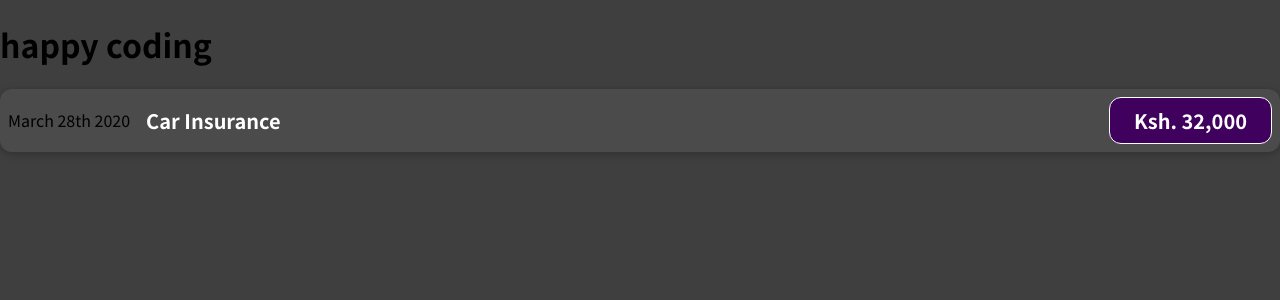
Repository: Samkiroko/expense-tracker-react
Page: /
An editor plug-in stored every save of this project. The page is shown before and after the next save, followed by the edit.
The browser window is 1280 px wide. The pictures show the whole page.
The project was rebuilt for these pictures with package versions that can differ from the ones it lists, and the page was loaded fresh each time.

Above is the page before, as saved 2021-06-08 10:39:04.

After the next save:
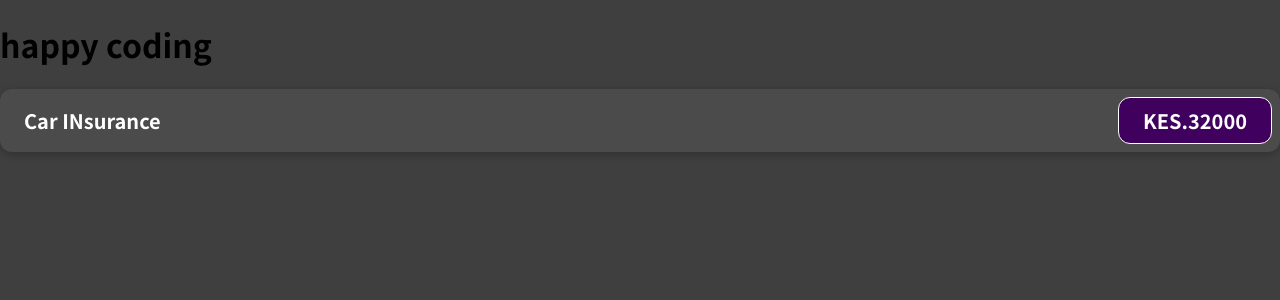
Saved 3 min 45 s later.
--- a/src/components/ExpenseItem.js
+++ b/src/components/ExpenseItem.js
@@ -3,12 +3,14 @@ import './ExpenseItem.css'
 
 function ExpenseItem() {
   const expenseDate = new Date(2021, 2, 28)
+  const expenseTitle = 'Car INsurance'
+  const expenseAmount = 32000
   return (
     <div className='expense-item'>
-      <div>March 28th 2020</div>
+      <div>{expenseDate.toISOString}</div>
       <div className='expense-item__description'>
-        <h2>Car Insurance</h2>
-        <div className='expense-item__price'>Ksh. 32,000</div>
+        <h2>{expenseTitle}</h2>
+        <div className='expense-item__price'>KES.{expenseAmount}</div>
       </div>
     </div>
   )
